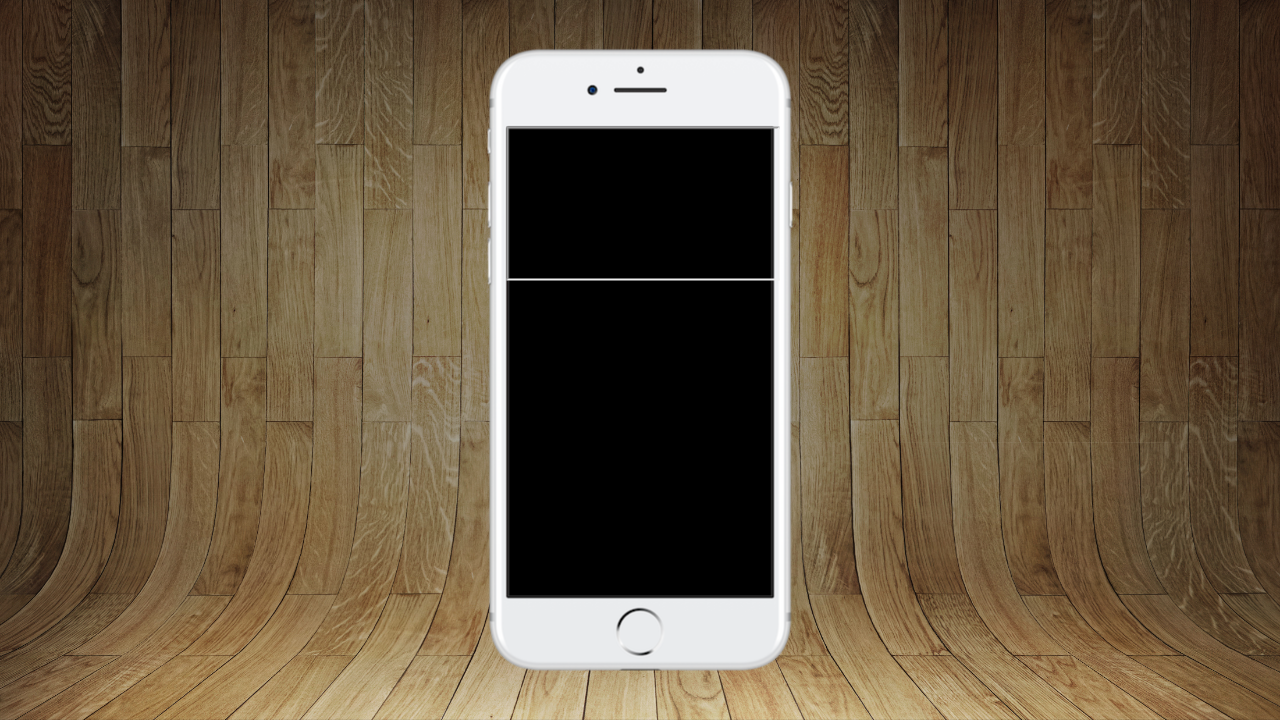
Repository: Sandro1969-tech/Projeto-social-desafio13
Page: index.html
These files come from the project's save history. The page is drawn as it stood at one moment and after the next save; the edit follows.
The browser window is 1280 px wide. The pictures show the whole page.

Above is the page before, as saved 2025-12-04 19:16:36.

After the next save:
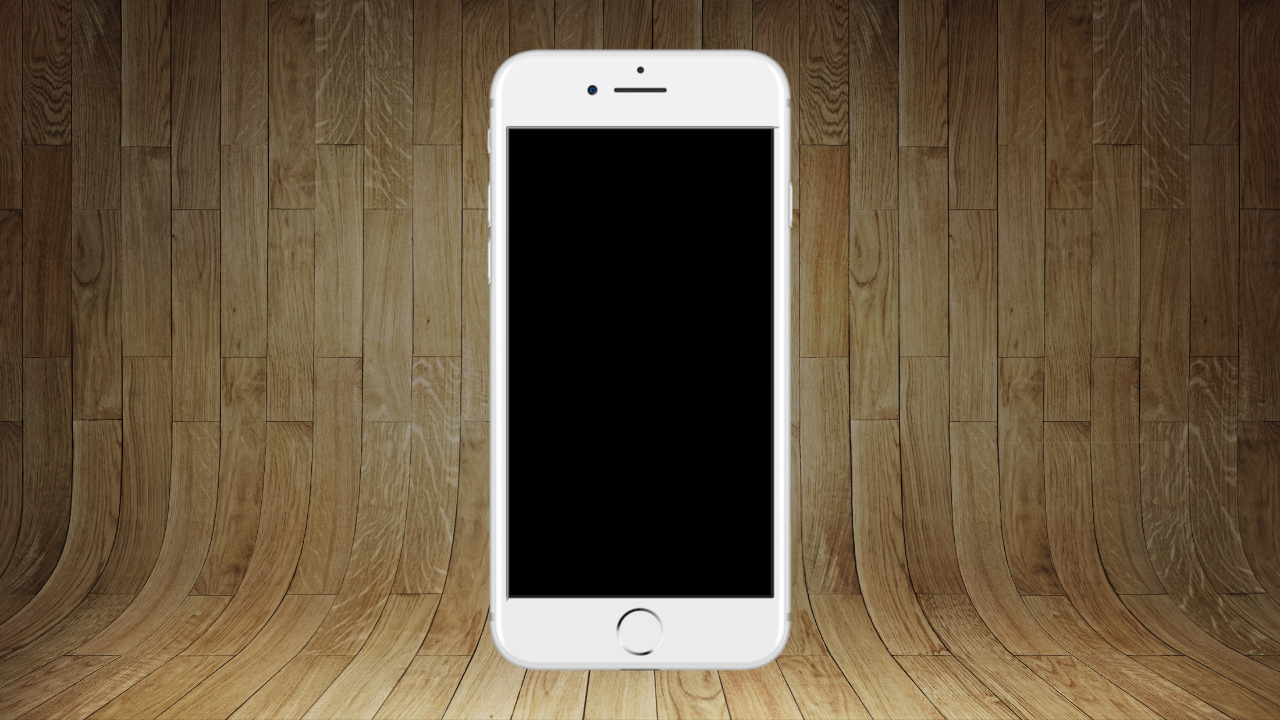
Saved 8 s later.
--- a/style.css
+++ b/style.css
@@ -38,7 +38,7 @@
     position: relative;
     top: 80px;
     left: 22px;
-    height: px;
+    height: 471px;
     width: 269px;
 
 }
